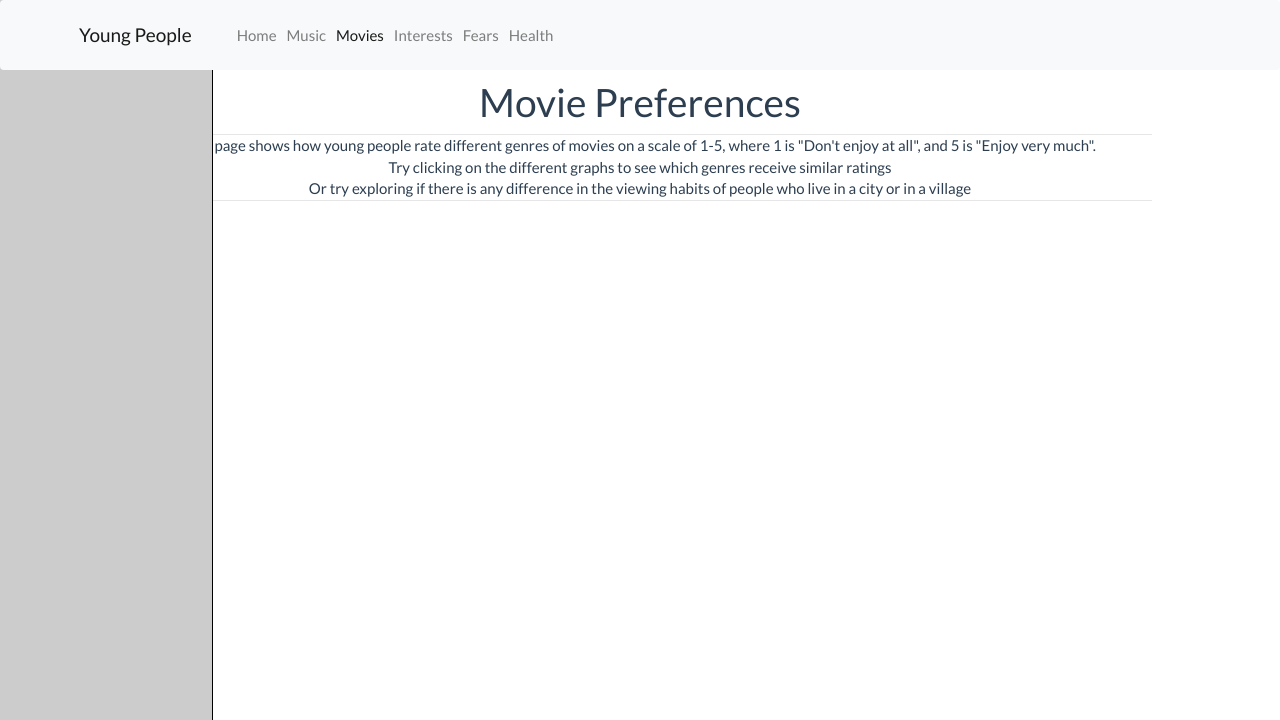
Repository: BrendanMolloy/milestone2
Page: movies.html
The author's editor kept a record of every edit. The page is drawn from the files as they stood at one moment, then again after the next edit.
The browser window is 1280 px wide. The pictures show the whole page.
Some web libraries are served in a nearby version.

Above is the page before.

### movies.html
<!DOCTYPE html>
<html lang="en">

<head>
  <meta charset="UTF-8">
  <meta name="viewport" content="width=device-width, initial-scale=1.0">
  <meta http-equiv="X-UA-Compatible" content="ie=edge">
  <title>Young People</title>

  <link rel="stylesheet" href="https://maxcdn.bootstrapcdn.com/bootstrap/4.0.0/css/bootstrap.min.css" integrity="sha384-Gn5384xqQ1aoWXA+058RXPxPg6fy4IWvTNh0E263XmFcJlSAwiGgFAW/dAiS6JXm" crossorigin="anonymous">

  <link rel="stylesheet" href="css/bootstrap.min.css" type="text/css" />
  <link rel="stylesheet" href="css/dc.min.css" type="text/css" />
  <link rel="stylesheet" href="css/style.css" type="text/css" />

  <script type="text/javascript" src="js/d3.min.js"></script>
  <script type="text/javascript" src="js/crossfilter.min.js"></script>
  <script type="text/javascript" src="js/dc.min.js"></script>
  <script type="text/javascript" src="js/queue.min.js"></script>
  <script type="text/javascript" src="js/movies.js"></script>
</head>

<body>
  <!------------------------------- Navbar -------------------------------------->

  <nav class="navbar navbar-expand-md navbar-expand-lg navbar-light bg-light">
    <a class="navbar-brand" href="#">Young People</a>
    <button class="navbar-toggler" type="button" data-toggle="collapse" data-target="#navbarNav" aria-controls="navbarNav" aria-expanded="false" aria-label="Toggle navigation">
    <span class="navbar-toggler-icon"></span>
  </button>
    <div class="collapse navbar-collapse" id="navbarNav">
      <ul class="navbar-nav">
        <li class="nav-item">
          <a class="nav-link" href="index.html">Home</a>
        </li>
        <li class="nav-item">
          <a class="nav-link" href="music.html">Music</a>
        </li>
        <li class="nav-item active">
          <a class="nav-link" href="movies.html">Movies <span class="sr-only">(current)</span></a>
        </li>
        <li class="nav-item">
          <a class="nav-link" href="interests.html">Interests</a>
        </li>
        <li class="nav-item">
          <a class="nav-link" href="fears.html">Fears</a>
        </li>
        <li class="nav-item">
          <a class="nav-link" href="health.html">Health</a>
        </li>
      </ul>
    </div>
  </nav>

  <!------------------------------- Sidebar ------------------------------------->
  <!--  filters/demographics -->
  <div class="sidenav col-lg-2">
    <div id="age" class="side-graphs"></div>
    <div id="gender-balance" class="side-graphs"></div>
    <div id="city-village" class="side-graphs"></div>
    <div id="handedness" class="side-graphs"></div>
  </div>

  <!-- movies -->
  <section class="section main">
    <h1>Movie Preferences</h1>
    <p>This page shows how young people rate different genres of movies on a scale of 1-5, where 1 is "Don't enjoy at all", and 5 is "Enjoy very much".<br> Try clicking on the different graphs to see which genres receive similar ratings <br> Or try exploring
      if there is any difference in the viewing habits of people who live in a city or in a village</p>
    <div class="row">
      <div id="action" class="col-sm-12 col-md-6 col-lg-4 badge"></div>
      <div id="animated" class="col-sm-12 col-md-6 col-lg-4 badge"></div>
      <div id="comedy" class="col-sm-12 col-md-6 col-lg-4 badge"></div>
      <div id="documentary" class="col-sm-12 col-md-6 col-lg-4 badge"></div>
      <div id="fantasy" class="col-sm-12 col-md-6 col-lg-4 badge"></div>
      <div id="horror" class="col-sm-12 col-md-6 col-lg-4 badge"></div>
      <div id="romantic" class="col-sm-12 col-md-6 col-lg-4 badge"></div>
      <div id="scifi" class="col-sm-12 col-md-6 col-lg-4 badge"></div>
      <div id="thriller" class="col-sm-12 col-md-6 col-lg-4 badge"></div>
      <div id="war" class="col-sm-12 col-md-6 col-lg-4 badge"></div>
      <div id="western" class="col-sm-12 col-md-6 col-lg-4 badge"></div>
    </div>
  </section>

  <script src="https://code.jquery.com/jquery-3.2.1.slim.min.js" integrity="sha384-KJ3o2DKtIkvYIK3UENzmM7KCkRr/rE9/Qpg6aAZGJwFDMVNA/GpGFF93hXpG5KkN" crossorigin="anonymous"></script>
  <script src="https://cdnjs.cloudflare.com/ajax/libs/popper.js/1.12.9/umd/popper.min.js" integrity="sha384-ApNbgh9B+Y1QKtv3Rn7W3mgPxhU9K/ScQsAP7hUibX39j7fakFPskvXusvfa0b4Q" crossorigin="anonymous"></script>
  <script src="https://maxcdn.bootstrapcdn.com/bootstrap/4.0.0/js/bootstrap.min.js" integrity="sha384-JZR6Spejh4U02d8jOt6vLEHfe/JQGiRRSQQxSfFWpi1MquVdAyjUar5+76PVCmYl" crossorigin="anonymous"></script>


</body>

</html>

### css/style.css
.container {
  margin: 0;
  padding: 0;
}

.navbar-container {
  z-index: 2;
  position: fixed;
  width: 100vw;
  border-bottom: 1px solid #000;

}

.navbar {
  z-index: 2;
  position: fixed;
  width: 100vw;
  padding-left: 5%;
  padding-right: 5%;
  margin: 0;
}


.landing {
  text-align: center;
  padding-top: 60px;
  padding-right: 15%;
  padding-left: 15%;
  background: url("../images/young-people.jpg") no-repeat fixed center;
  -webkit-background-size: cover;
  -moz-background-size: cover;
  -o-background-size: cover;
  height: auto;
  background-size: cover;
  background-position:absolute;
}

.landing-graphs {
  position: relative;
  width: 100%;
  padding: 2%;
  background: rgba(231, 242, 253, 0.9);
}

p {
  border-top: 1px solid #e6e6e6;
  border-bottom: 1px solid #e6e6e6;
    -webkit-animation: fadein 3s;
  /* Safari, Chrome and Opera > 12.1 */
  -moz-animation: fadein 3s;
  /* Firefox < 16 */
  -ms-animation: fadein 3s;
  /* Internet Explorer */
  -o-animation: fadein 3s;
  /* Opera < 12.1 */
  animation: fadein 3s;
}

.landing p {
  background: rgba(231, 242, 253, 0.7);
}

.sidenav {
  height: 100%;
  /*Full-height: remove this if you want "auto" height */
  /*width: 450px;  Set the width of the sidebar */
  position: fixed;
  /* Fixed Sidebar (stay in place on scroll) */
  z-index: 1;
  /* Stay on top */
  top: 0;
  /* Stay at the top */
  left: 0;
  background-color: #CCCCCC;
  /* Light Grey */
  overflow-x: hidden;
  /* Disable horizontal scroll */
  padding: 0;
  padding-top: 60px;
  border-right: 1px solid #000;
}

.dropdowns {
  text-align: center;
  max-width:250px;
}

.dropdown-container{
  max-width: inherit;
  text-align: center;
}


.main {
  /*margin-left: 250px;
  Same as the width of the sidebar */
  text-align: center;
  max-width: 100vw;
  padding-left: 10%;
  padding-right: 10%;
  padding-top: 60px;
}

.badge {
  text-align: center;
  width: 100%;
  /*height: auto; */
  background-color: #E7F2FD;
  border: 10px solid #fff;
}


#music-enjoyment {
  padding: 0;
}

.side-graphs {
  text-align: center;
  width: 100%;
  padding: 5%;
  padding-right: 0px;
}

.side-graphs#age {
  padding: 0;
}

Loaded but not shown: css/bootstrap.min.css (library); css/dc.min.css (library); js/d3.min.js (library); js/crossfilter.min.js (library); js/dc.min.js (library); js/queue.min.js (common file); js/movies.js (no copy from this time; the picture is the same without it)

After the next edit:
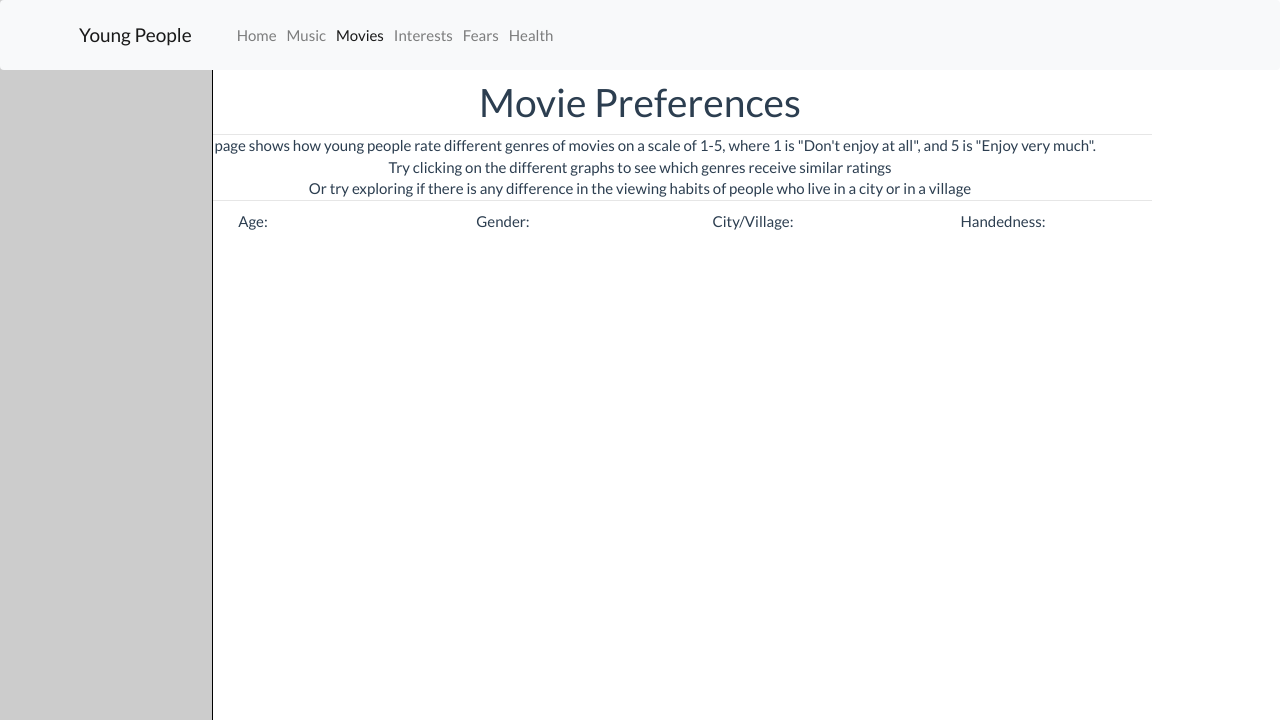
The edit:
--- a/movies.html
+++ b/movies.html
@@ -66,6 +66,14 @@
     <h1>Movie Preferences</h1>
     <p>This page shows how young people rate different genres of movies on a scale of 1-5, where 1 is "Don't enjoy at all", and 5 is "Enjoy very much".<br> Try clicking on the different graphs to see which genres receive similar ratings <br> Or try exploring
       if there is any difference in the viewing habits of people who live in a city or in a village</p>
+    <div class="container-fluid dropdown-container">
+      <div class="row">
+        <div id="age-filter" class="dropdowns col-xs-6 col-md-6 col-lg-3">Age:<br></div>
+        <div id="gender-filter" class="dropdowns col-xs-6 col-md-6 col-lg-3">Gender:<br></div>
+        <div id="city-village-filter" class=" dropdowns col-xs-6 col-md-6 col-lg-3">City/Village:<br></div>
+        <div id="handedness-filter" class="dropdowns col-xs-6 col-md-6 col-lg-3">Handedness:<br></div>
+      </div>
+    </div>
     <div class="row">
       <div id="action" class="col-sm-12 col-md-6 col-lg-4 badge"></div>
       <div id="animated" class="col-sm-12 col-md-6 col-lg-4 badge"></div>
